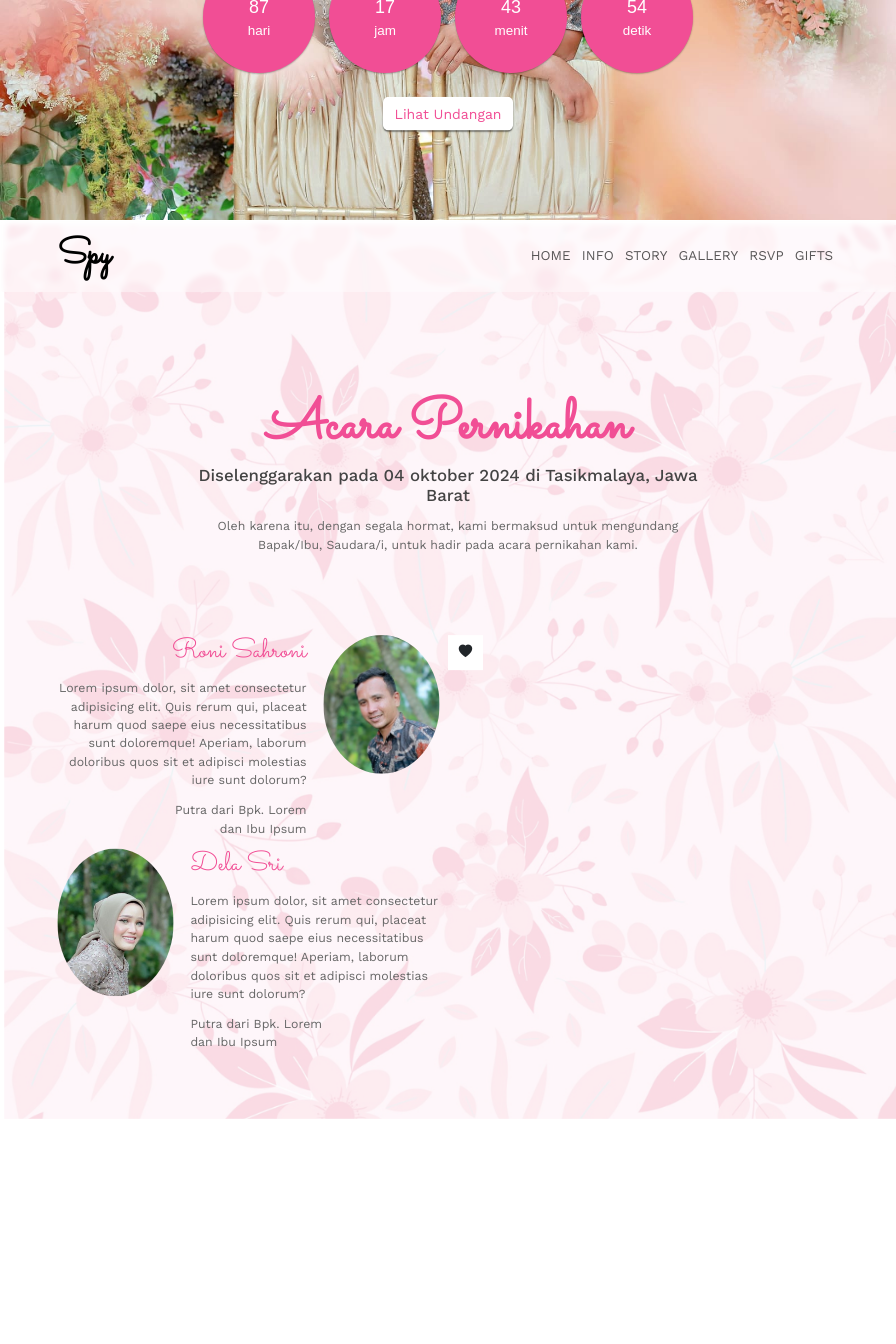
Repository: sellayspy/invitation
Page: index.html
An editor plug-in stored every save of this project. The page is shown before and after the next save, followed by the edit.
The browser window is 1280 px wide. The pictures show the part of the page from y = 406 to 2326 px (the page is 4000 px tall), at 70% of full size.

Above is the page before, as saved 2024-07-08 16:22:49.

After the next save:
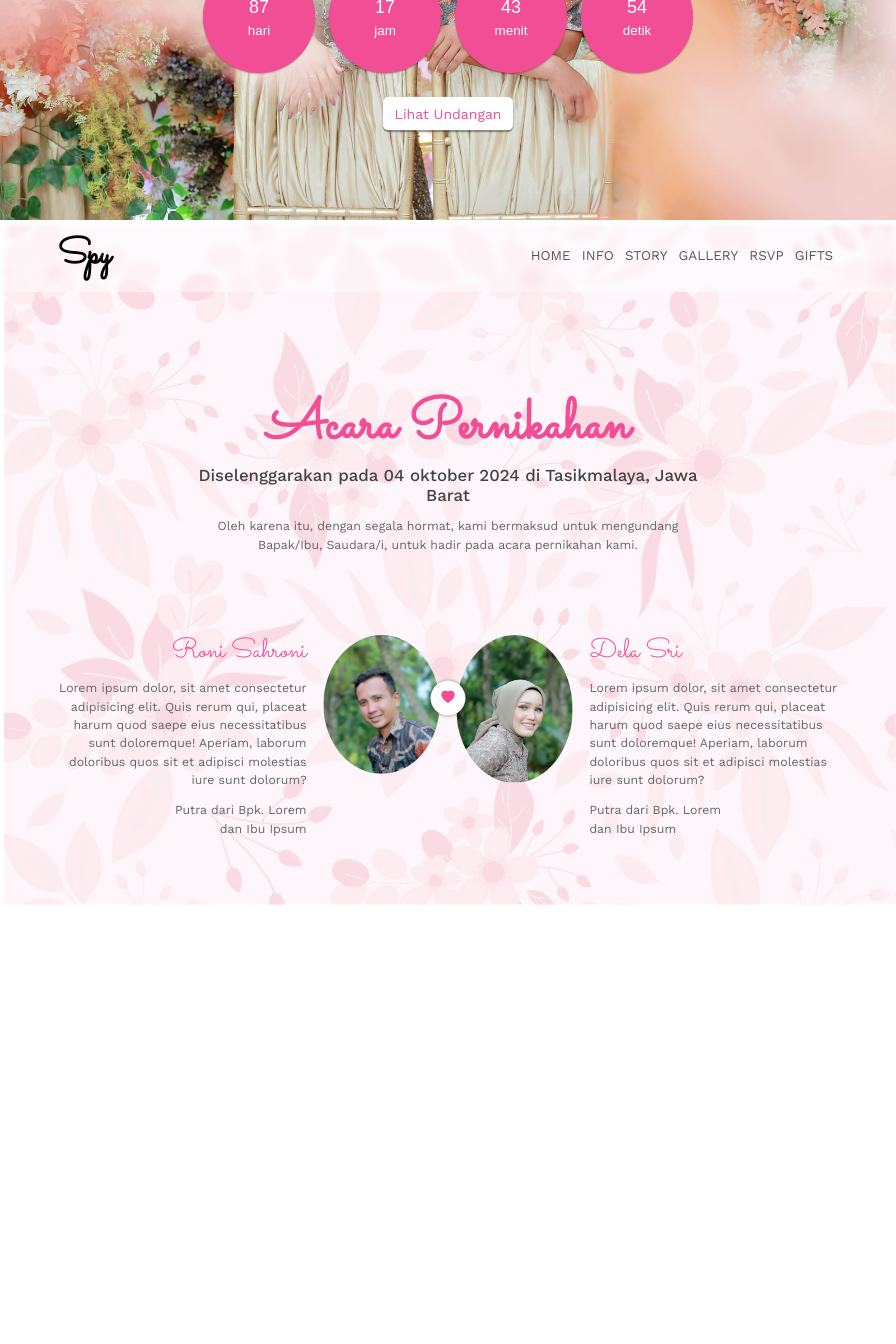
Saved 3 min 20 s later.
--- a/style.css
+++ b/style.css
@@ -129,10 +129,16 @@ body {
   height: 50px;
   background-color: white;
   display: flex;
+  border-radius: 50%;
+  box-shadow: 0 0 5px rgba(0, 0, 0, 0.5);
+  position: absolute;
+  left: 50%;
+  transform: translateX(-50%) translateY(65px);
 }
 
 .home .heart i {
   margin: auto;
+  color: var(--pink);
 }
 
 /* Media Query */
